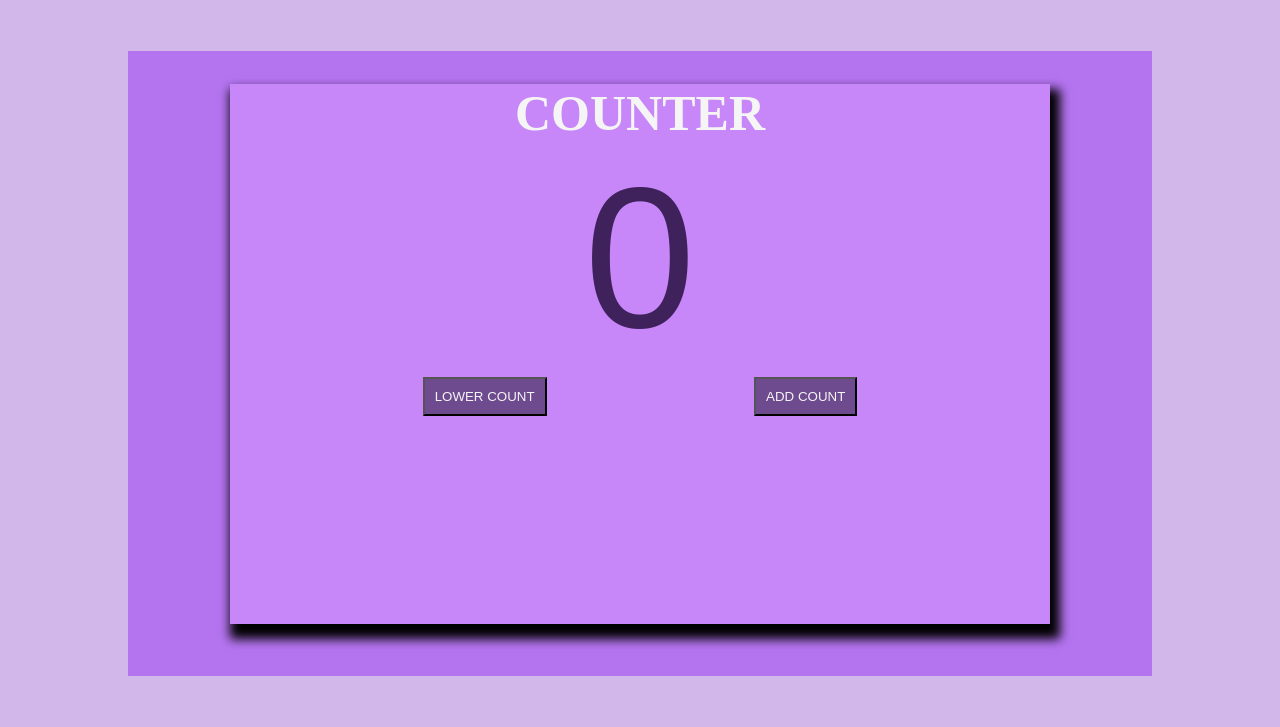
Repository: AnahitKhechumyan/Counter
Page: index.html
The author's editor kept a copy of each file at every save. The page is drawn from the files as they stood at one save, then again after the next save.
The browser window is 1280 px wide. The pictures show the whole page.

Above is the page before, as saved 2022-02-14 21:23:37.

After the next save:
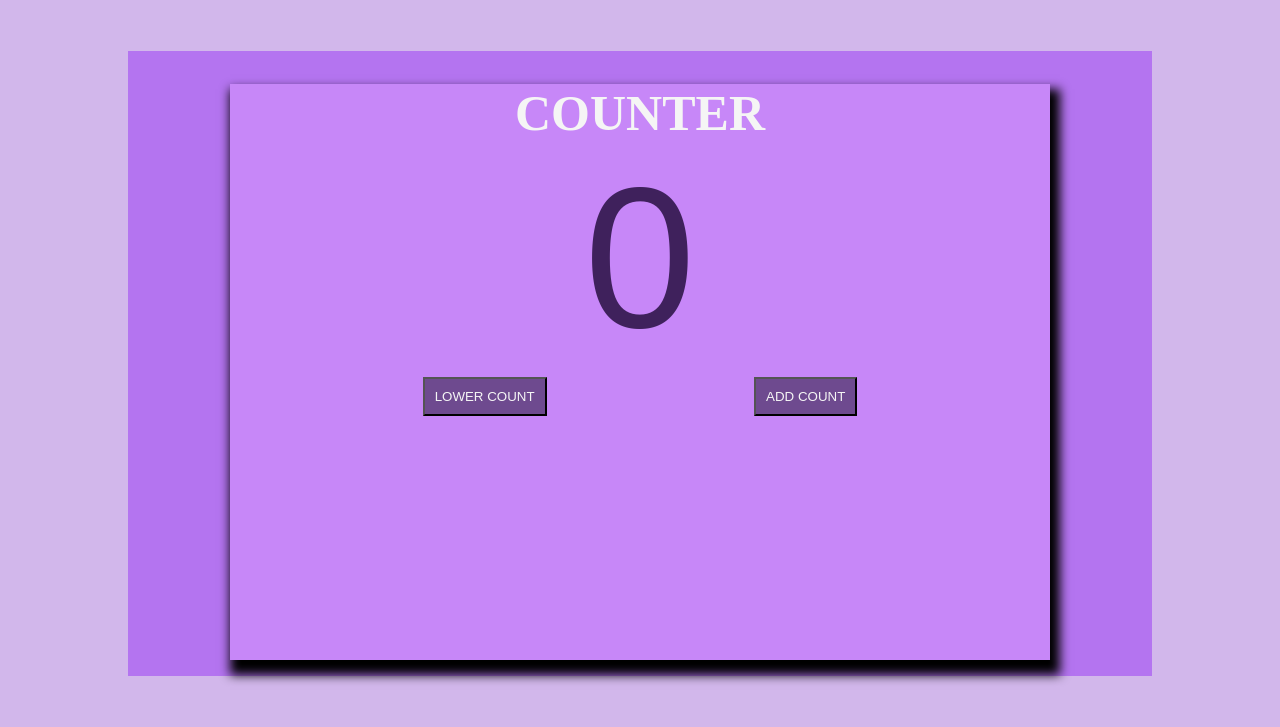
Saved 8 s later.
--- a/style.css
+++ b/style.css
@@ -13,7 +13,7 @@ body{
 .main{
     background-color: rgb(199, 135, 248);
     width: 80%;
-    height: 75vh;
+    height: 80vh;
     margin: 2% 10%;
     box-shadow: 5px 10px 10px 5px;
     text-align: center;
